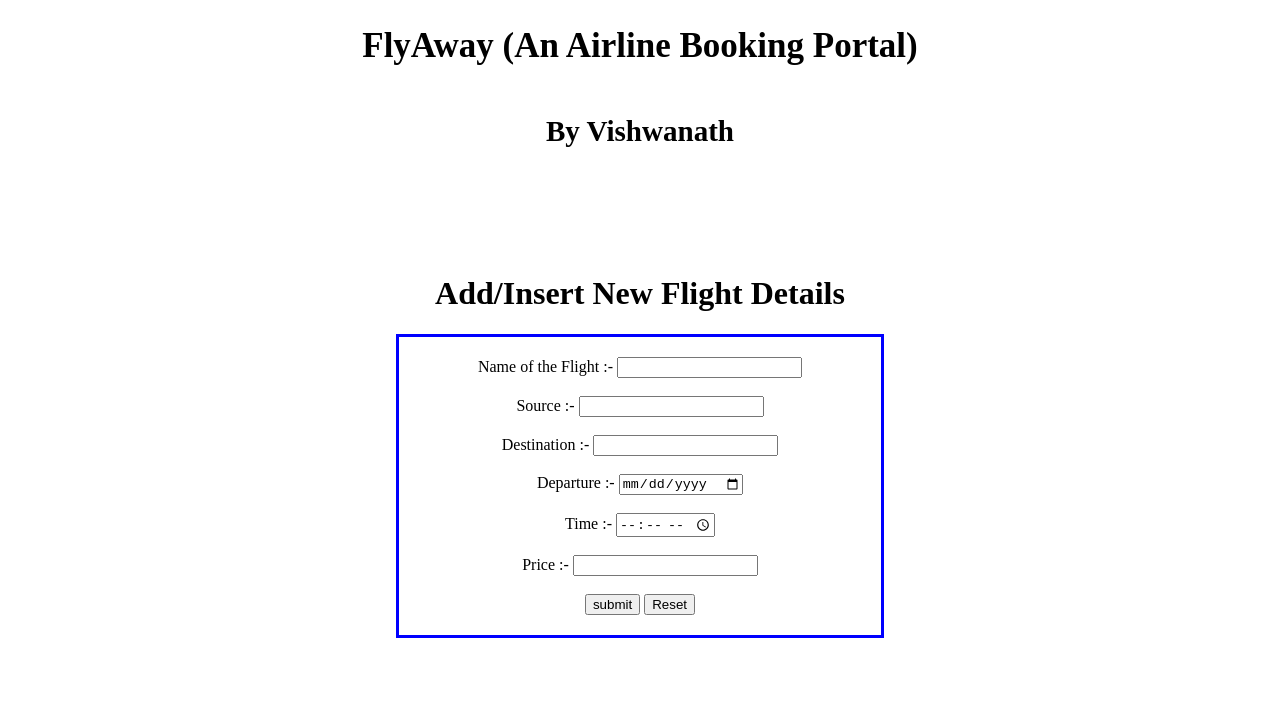
Repository: Vishu4401/FlyAway-An-Airline-Booking-Portal-
Page: http://localhost/FlyAway-An-Airline-Booking-Portal/AdminHome.jsp
An editor plug-in stored every save of this project. The page is shown before and after the next save, followed by the edit.
The browser window is 1280 px wide. The pictures show the whole page.
The page is served by Tomcat 9.

Above is the page before, as saved 2022-08-24 04:18:26.

After the next save:
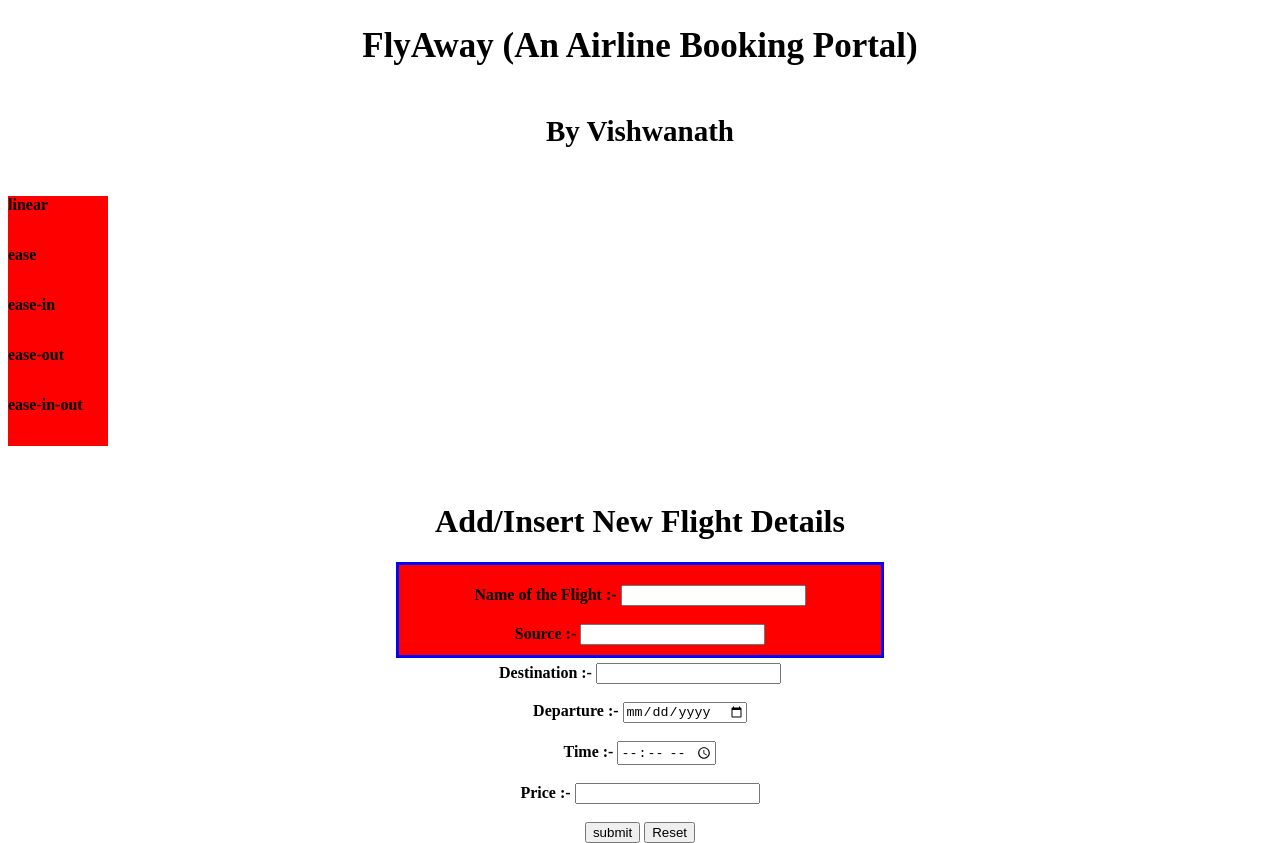
Saved 4 min 32 s later.
--- a/FlyAway-An-Airline-Booking-Portal/src/main/webapp/AdminHome.jsp
+++ b/FlyAway-An-Airline-Booking-Portal/src/main/webapp/AdminHome.jsp
@@ -3,6 +3,30 @@
 <!DOCTYPE html>
 <html>
 <head>
+
+<style>
+div {
+  width: 100px;
+  height: 50px;
+  background-color: red;
+  font-weight: bold;
+  position: relative;
+  animation: mymove 5s infinite;
+}
+
+#div1 {animation-timing-function: linear;}
+#div2 {animation-timing-function: ease;}
+#div3 {animation-timing-function: ease-in;}
+#div4 {animation-timing-function: ease-out;}
+#div5 {animation-timing-function: ease-in-out;}
+
+@keyframes mymove {
+  from {left: 0px;}
+  to {left: 300px;}
+}
+
+</style>
+
 <meta charset="ISO-8859-1">
 <title>Admin Home Page</title>
 </head>
@@ -12,6 +36,12 @@
 <center>FlyAway (An Airline Booking Portal)
 <h5>By Vishwanath</h5>
 </center></a>
+
+<div id="div1">linear</div>
+<div id="div2">ease</div>
+<div id="div3">ease-in</div>
+<div id="div4">ease-out</div>
+<div id="div5">ease-in-out</div>
 <br><br>
 <center>
 <h1>Add/Insert New Flight Details</h1>
